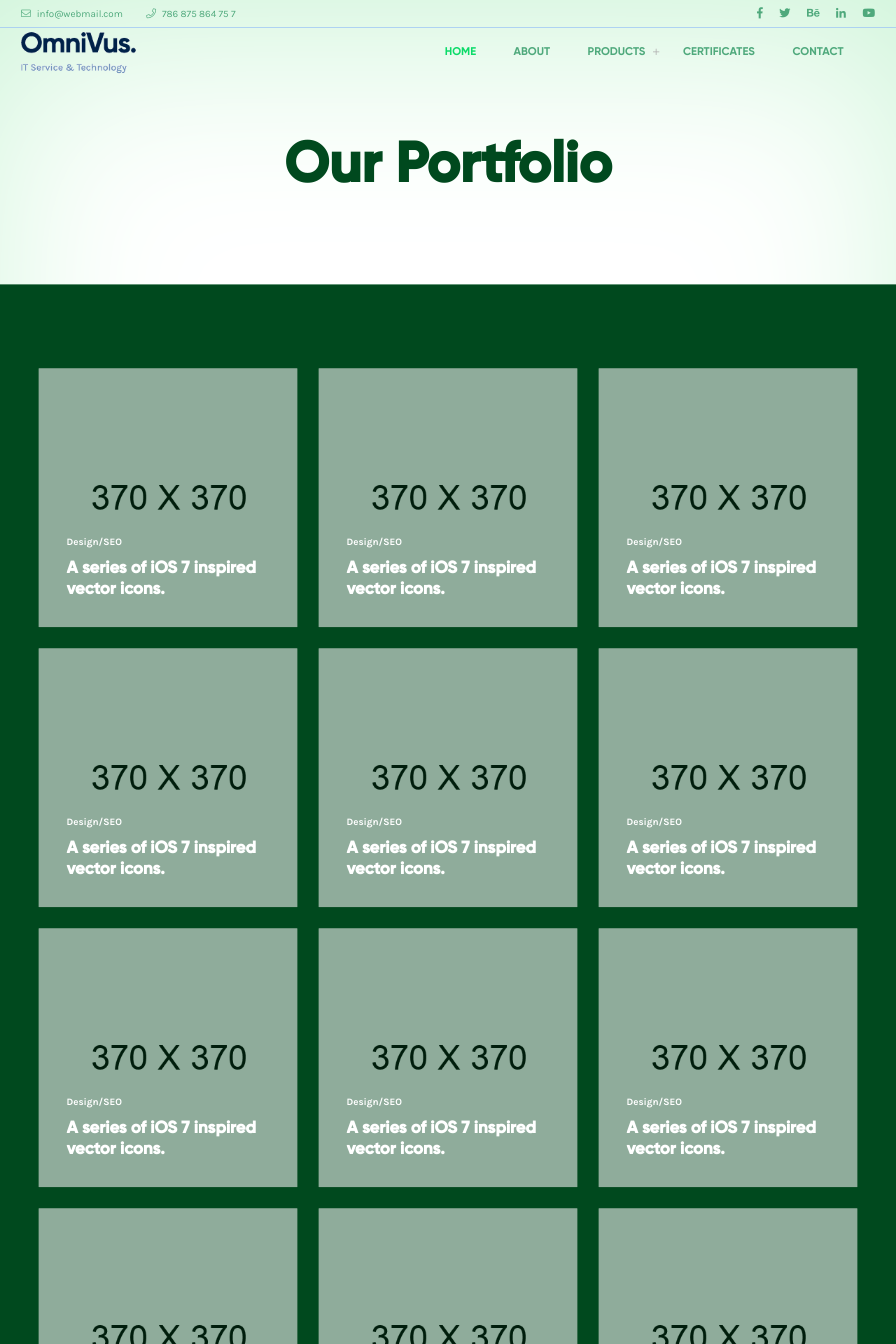
Repository: ziadmoh/alrehab-organic
Page: certificates.html
An editor plug-in stored every save of this project. The page is shown before and after the next save, followed by the edit.
The browser window is 1280 px wide. The pictures show the part of the page from y = 0 to 1920 px (the page is 2981 px tall), at 70% of full size.
The style sheet was rebuilt from its Sass, Less or Tailwind sources for each picture, by a compiler version that may differ from the author's.

Above is the page before, as saved 2023-09-26 12:22:32.

After the next save:
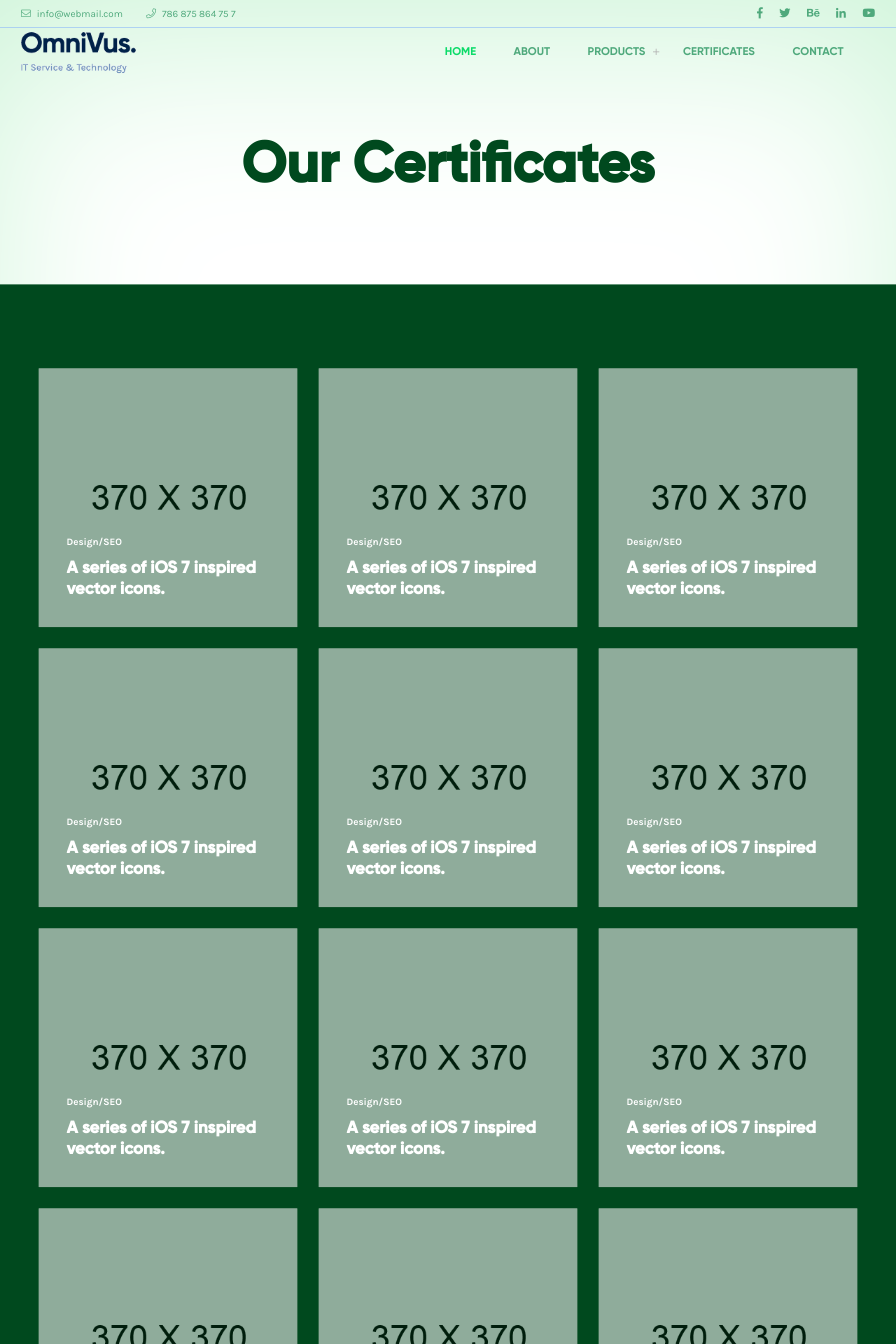
Saved 15 s later.
--- a/certificates.html
+++ b/certificates.html
@@ -114,7 +114,7 @@
     <!--====== Page Title start ======-->
     <section class="page-title-area">
         <div class="container">
-            <h2 class="title">Our Portfolio</h2>
+            <h2 class="title">Our Certificates</h2>
 
         </div>
     </section>
